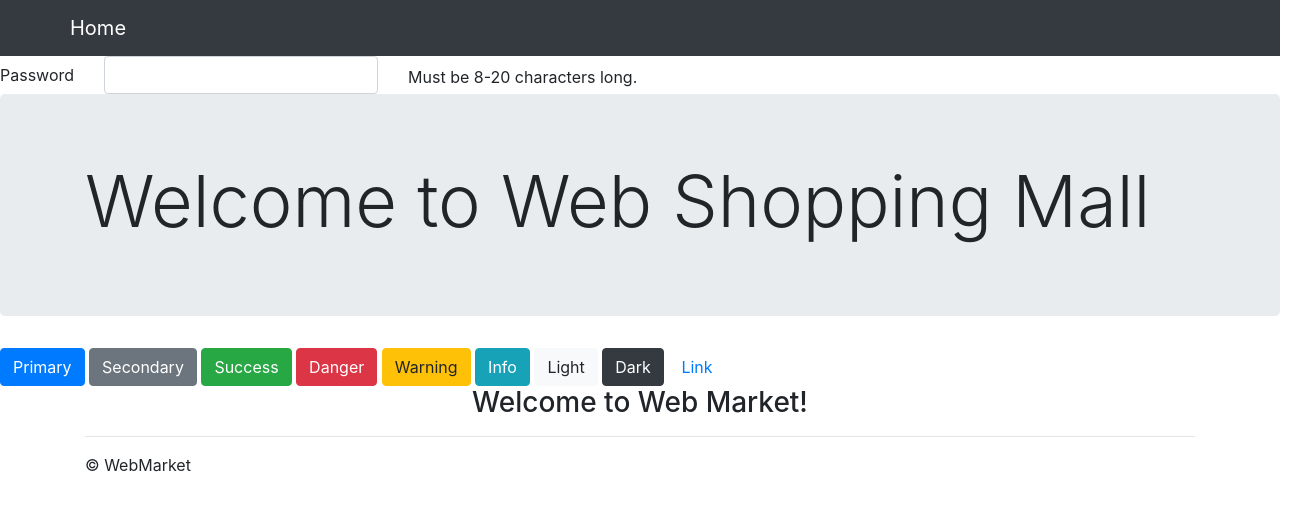
Repository: hodob/JSP_Practice
Page: http://localhost/JSP_WebMarket_JJH/ch02_ex/welcome.jsp
The author's editor kept a copy of each file at every save. The page is drawn from the files as they stood at one save, then again after the next save.
The browser window is 1280 px wide. The page is 1295 px wide, so the pictures cover 1295 px, including what lies to the right of the window. The pictures show the whole page.
The page is served by Tomcat 9.

Above is the page before, as saved 2022-08-05 06:34:49.

After the next save:
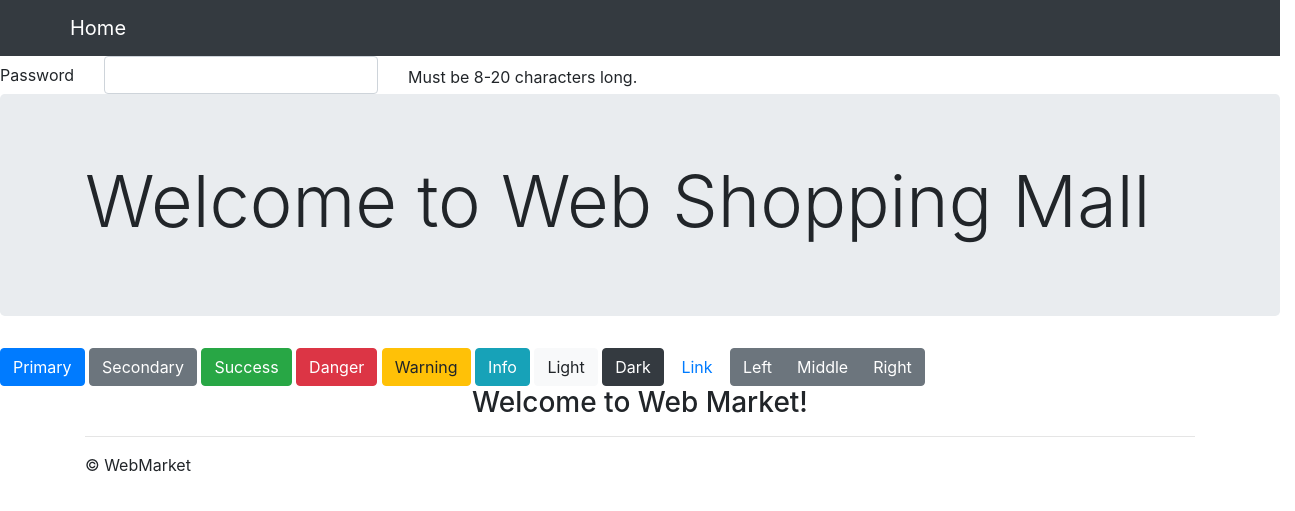
Saved 90 s later.
--- a/JSP_WebMarket_JJH/WebContent/ch02_ex/welcome.jsp
+++ b/JSP_WebMarket_JJH/WebContent/ch02_ex/welcome.jsp
@@ -54,6 +54,16 @@
 <button type="button" class="btn btn-dark">Dark</button>
 
 <button type="button" class="btn btn-link">Link</button>
+
+<!-- bootstrap start -->
+<div class="btn-group" role="group" aria-label="Basic example">
+  <button type="button" class="btn btn-secondary">Left</button>
+  <button type="button" class="btn btn-secondary">Middle</button>
+  <button type="button" class="btn btn-secondary">Right</button>
+</div>
+<!-- bootstrap end -->
+
+
 	<!-- bootstrap end -->
 	<div class="container">
 		<div class="text-center">
